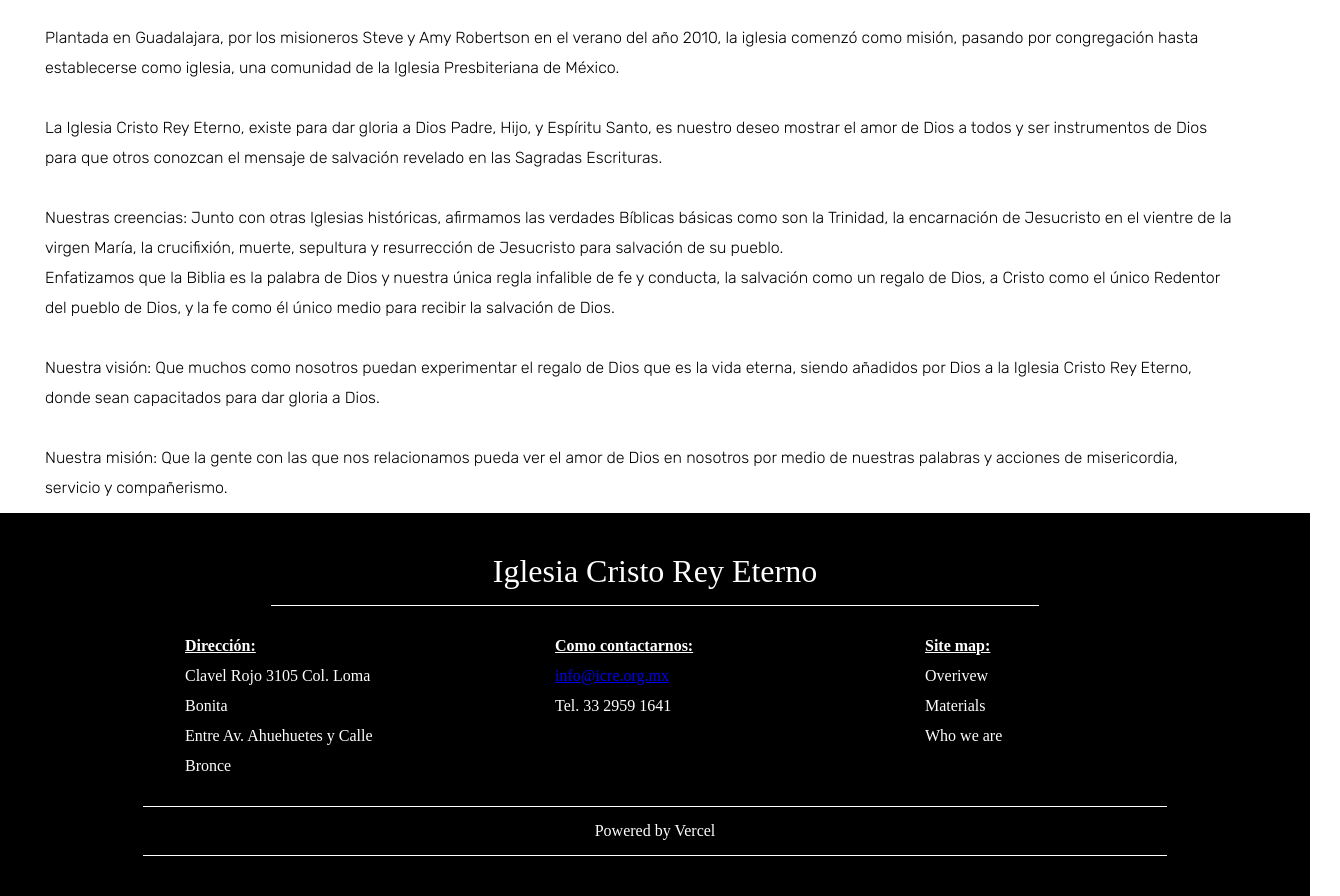
Repository: programmer686/Third-times-a-charm
Page: /About
The author's editor kept a copy of each file at every save. The page is drawn from the files as they stood at one save, then again after the next save.
The browser window is 1280 px wide. The page is 1340 px wide, so the pictures cover 1340 px, including what lies to the right of the window. The pictures show the part of the page from y = 573 to 1469 px (the page is 1469 px tall).
The project was rebuilt for these pictures with package versions that can differ from the ones it lists, and the page was loaded fresh each time. The framework's server and built-in components were replaced by stand-ins that run in the browser. Also part of the build but not shown: next.config.js, src/styles/Layout.module.css.

Above is the page before, as saved 2023-04-24 20:26:14.

After the next save:
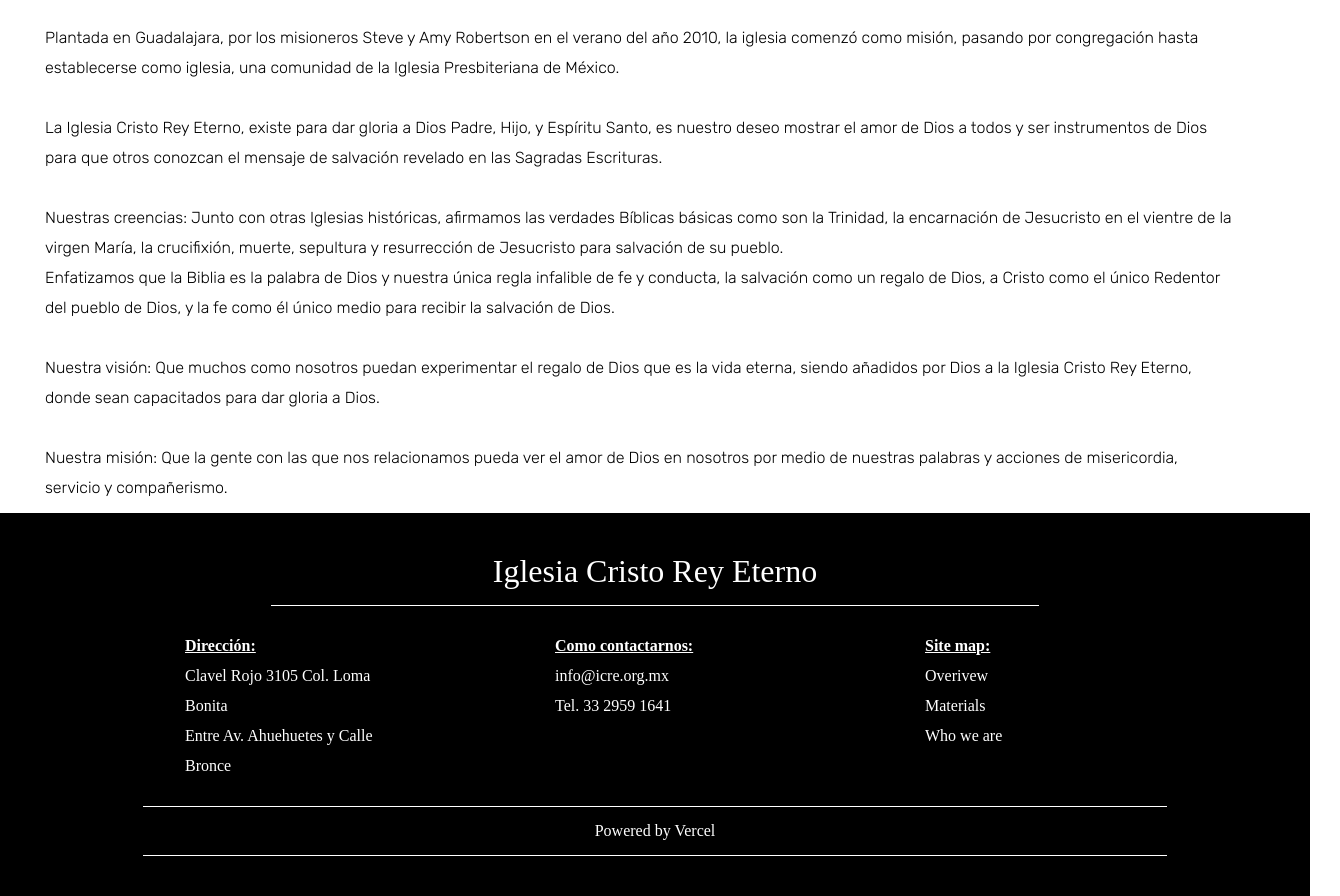
Saved 1 s later.
--- a/src/comps/Footer/Footer.tsx
+++ b/src/comps/Footer/Footer.tsx
@@ -16,7 +16,7 @@ export default function Footer() {
                 <div className={styles.footer_info__box}>
                     <p className={styles.footer_info__text}>
                         <strong><u>Como contactarnos:</u></strong><br/>
-                        <a href="malito:info@icre.org.mx" class>info@icre.org.mx</a><br/>
+                        <a href="malito:info@icre.org.mx" className={styles.footer__email}>info@icre.org.mx</a><br/>
                         Tel. 33 2959 1641 <br/>
                     </p>
                 </div>
